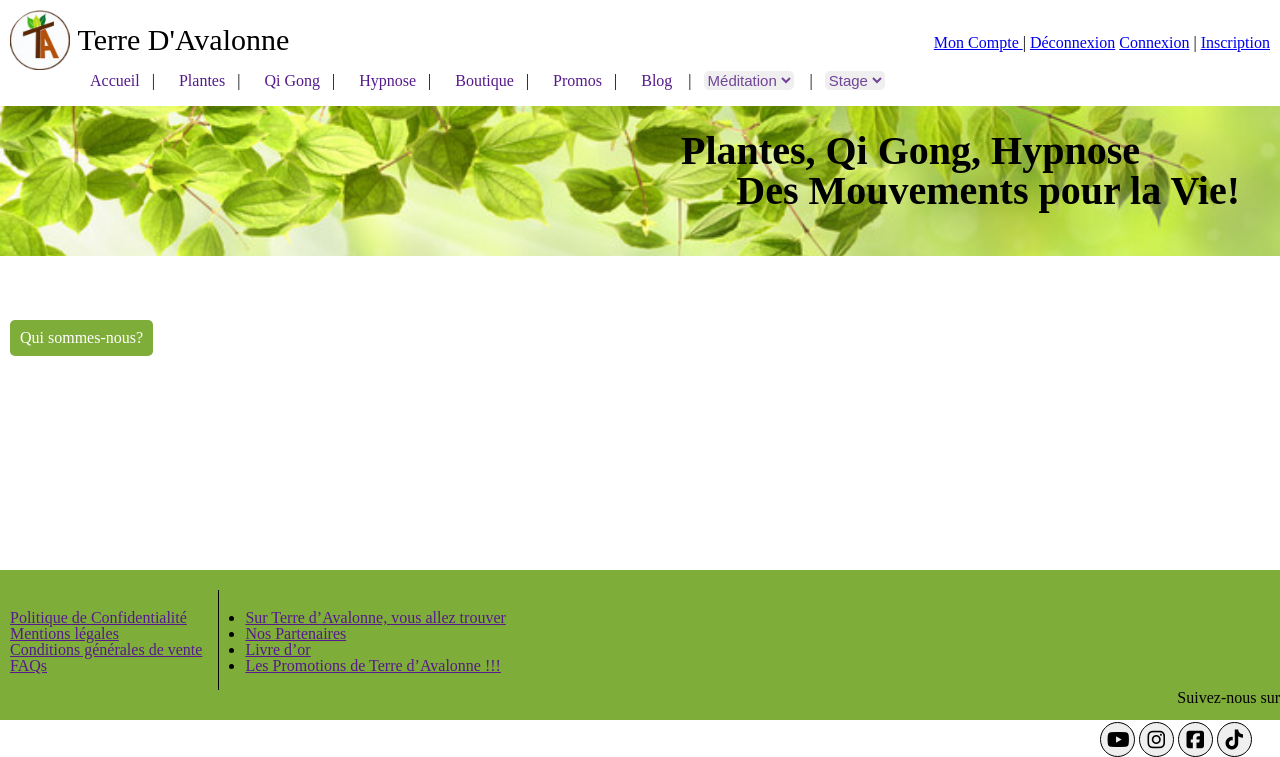
Repository: Michelhof1978/TerreDavalonne
Page: templates/base.html
These files come from the project's save history. The page is drawn as it stood at one moment and after the next save; the edit follows.
The browser window is 1280 px wide. The pictures show the whole page.
Some web fonts or font styles are not loaded; a fallback is used. Some web libraries are served in a nearby version.

Above is the page before, as saved 2022-05-04 15:38:04.

### templates/base.html
<!DOCTYPE html>
<html lang="fr">

<head>
  <meta charset="UTF-8">
  <meta http-equiv="X-UA-Compatible" content="IE=edge">
  <meta name="viewport" content="width=device-width, initial-scale=1.0">
  <title>Newsletter</title>
  <link rel="stylesheet" href="/assets/reset.css" type="text/css">
  <script src="https://kit.fontawesome.com/a9becd4f18.js" crossorigin="anonymous"></script>
  <link rel="preconnect" href="https://fonts.googleapis.com">
  <link rel="preconnect" href="https://fonts.gstatic.com" crossorigin>
  <link
    href="https://fonts.googleapis.com/css2?family=Cairo:wght@500&family=Dancing+Script:wght@600;700&family=Ms+Madi&family=Updock&display=swap"
    rel="stylesheet">
</head>

<body>
  <header>
    <div style="float: left; padding:auto">
      <img class="logoTerreDavalonne" src="/assets/img/logoTerreDavalonne.png" alt="logo terre d'avalonne">
    </div>
    <div style="padding:10px">
      <h1 style="margin-top:15px">&nbspTerre D'Avalonne</h1>
    </div>

    <div class="login">

      <a href="{{path('account')}}">Mon Compte <small> </small></a> | <a href="{{path('app_logout')}}">Déconnexion</a>

      <a href="{{path('app_login')}}">Connexion</a> | <a href="{{path('registrer')}}">Inscription</a>

    </div>
    </div>


    <nav>
      <ul class="nav">
        <li class="nav-item">
          <a class="nav-link" href="">Accueil</a>&nbsp&nbsp&nbsp|
        </li>

        <li class="nav-item">
          <a class="nav-link" href="">Plantes</a>&nbsp&nbsp&nbsp|
        </li>

        <li class="nav-item">
          <a class="nav-link" href="">Qi Gong</a>&nbsp&nbsp&nbsp|
        </li>

        <li class="nav-item">
          <a href="">Hypnose</a>&nbsp&nbsp&nbsp|
        </li>

        <li class="nav-item">
          <a class="nav-link" href="">Boutique</a>&nbsp&nbsp&nbsp|
        </li>

        <li class="nav-item">
          <a class="nav-link" href="">Promos</a>&nbsp&nbsp&nbsp|
        </li>

        <li class="nav-item">
          <a class="nav-link" href="">Blog </a>&nbsp&nbsp&nbsp|&nbsp&nbsp
        </li>

        <select class=form-control>
          <option value=un>Méditation</option>
          <option value=deux>Deux</option>
          <option value=trois>Trois</option>
        </select>
        &nbsp&nbsp&nbsp|&nbsp&nbsp
        <select class=form-control>
          <option value=un>Stage</option>
          <option value=deux>Deux</option>
          <option value=trois>Trois</option>
        </select>
      </ul>

    </nav>




  </header>

  <div class="banniere">
    <div class="btn-banniere">
      <a class="link-banniere" href="">Qui sommes-nous?</a>
    </div>

    <div class="textBaniere ">Plantes, Qi Gong, Hypnose &nbsp&nbsp&nbsp&nbsp&nbsp&nbsp&nbsp&nbsp&nbsp<br>
      Des Mouvements pour la Vie!
    </div>
  </div>


















  <footer>
    <div style="display: flex;">
      <ul class="ulFooter">
        <li>
          <a href="">Politique de Confidentialité</a>
        </li>
        <li>
          <a href="">Mentions légales</a>
        </li>
        <li class>
          <a href="">Conditions générales de vente</a>
        </li>
        <li class>
          <a href="">FAQs</a>
        </li>
      </ul>
      <div class="footer-separator"></div>
      <ul class="ulFooter">
        <li>
          <a href="">Sur Terre d’Avalonne, vous allez trouver</a>
        </li>
        <li>
          <a href="">Nos Partenaires</a>
        </li>
        <li class>
          <a href="">Livre d’or</a>
        </li>
        <li class>
          <a href="">Les Promotions de Terre d’Avalonne !!!</a>
        </li>
      </ul>
    </div>

    <div class="reseaux">
      <p class="suivez-nous">Suivez-nous sur</p>
      <div class="reseauButton">
        <button class="reseaux1"><a href="https://www.youtube.com/results?search_query=terre+d%27avalonne" <i
            class="fa-brands fa-youtube" style="font-size:20px;text-decoration:none;color:black;"></i></a></button>
        <button class="reseaux2"><a href="https://www.instagram.com/terredavalonne/" <i class="fa fa-instagram"
            style="font-size:20px;text-decoration:none;color:black;"></i></a></button>
        <button class="reseaux3"><a href="https://www.facebook.com/Avalonne.naturopathe.lyon/" <i
            class="fa-brands fa-facebook-square"
            style="font-size:20px;text-decoration:none;color:black;"></i></a></button>
        <button class="reseaux4"><a href="https://www.tiktok.com/@terre_d_avalonne" <i class="fa-brands fa-tiktok"
            style="font-size:20px;text-decoration:none;color:black;"></i></a></button>

      </div>

  </footer>



</body>

<style>
  .logoTerreDavalonne {
    width: 60px;
    height: 60px;
    margin-left: 10px;
    margin-top: 10px;
  }

  h1 {
    font-size: 30px;
    margin: auto;
  }

  .login {
    text-align: end;
    color: black;
    text-decoration: none;
    margin-right: 10px;
    margin-top: -30px;
  }

  ul {
    padding-top: 20px;
    font-size: 1rem;

  }

  .nav-item {
    display: inline;
    padding-left: 20px;

  }

  nav a {
    text-decoration: none;
  }


  nav a:hover {
    color: #0d3d9e;
  }

  .form-control {
    border-radius: 5px;
    border: 0px solid;
    font-size: 15px;
    color: rgba(89, 37, 135, 0.845);
  }

  .banniere {
    background-image: url("/assets/img/BanniereProvisoir.jpg");
    background-size: 100%;
    height: 150px;

  }

  .textBaniere {
    ;
    padding-right: 40px;
    font-size: 40px;
    text-align: right;
    padding-top: 25px;
    font-weight: 600;
    font-family: 'Cairo', sans-serif;
    font-family: 'Dancing Script', cursive;
    font-family: 'Ms Madi', cursive;
    font-family: 'Updock', cursive;

  }

  .link-banniere{
    text-decoration: none;
    color: white;
  }

  .btn-banniere {

    background-color: #7FAD39;
    padding: 10px;
    border-radius: 5px;
    cursor: pointer;
    position: absolute;
    top: 43%;
    margin: 10px;
    text-decoration: none;
    color: white;

  }

  .btn-banniere:hover {
    background-color: #99f80a;
  }


  .reseauButton {
    padding-right: 28px;
  }

  footer {
    position: absolute;
    bottom: 0;
    width: 100%;
    height: 130px;
    background-color: #7FAD39;
    padding-top: 20px;
  }

  .ulFooter {
    text-align: left;
    padding-left: 10px;
  }

  .footer-separator {
    width: 1px;
    margin-left: 16px;
    margin-right: 16px;
    background-color: #000;
  }

  .reseaux {
    text-align: end;
  }

  .reseaux1,
  .reseaux2,
  .reseaux3,
  .reseaux4 {
    height: 35px;
    width: 35px;
    border-radius: 50%;
    border: 1px solid #000;
    text-align: end;
    padding-right: 8px;
  }

  .reseaux1:hover {

    background-color: rgba(224, 107, 107, 0.919);
  }

  .reseaux2:hover {
    background-color: rgba(168, 73, 168, 0.848);
  }

  .reseaux3:hover {
    background-color: rgba(63, 162, 189, 0.554);
  }

  .reseaux4:hover {
    background-color: rgb(230, 157, 12);
  }
</style>

</html>

### assets/reset.css

  html,
  body,
  div,
  span,
  applet,
  object,
  iframe,
  h1,
  h2,
  h3,
  h4,
  h5,
  h6,
  p,
  blockquote,
  pre,
  a,
  abbr,
  acronym,
  address,
  big,
  cite,
  code,
  del,
  dfn,
  em,
  img,
  ins,
  kbd,
  q,
  s,
  samp,
  small,
  strike,
  strong,
  sub,
  sup,
  tt,
  var,
  b,
  u,
  i,
  center,
  dl,
  dt,
  dd,
  ol,
  ul,
  li,
  fieldset,
  form,
  label,
  legend,
  table,
  caption,
  tbody,
  tfoot,
  thead,
  tr,
  th,
  td,
  article,
  aside,
  canvas,
  details,
  embed,
  figure,
  figcaption,
  footer,
  header,
  hgroup,
  menu,
  nav,
  output,
  ruby,
  section,
  summary,
  time,
  mark,
  audio,
  video {
    margin-left: 0;
    margin-right: 0;
    margin-top: 0;
    padding: 0;
    border: 0;
    font-size: 100%;
    font: inherit;
    vertical-align: baseline;
  }

  /* HTML5 display-role reset for older browsers */
  article,
  aside,
  details,
  figcaption,
  figure,
  footer,
  header,
  hgroup,
  menu,
  nav,
  section {
    display: block;
  }

  body {
    line-height: 1;
  }

After the next save:
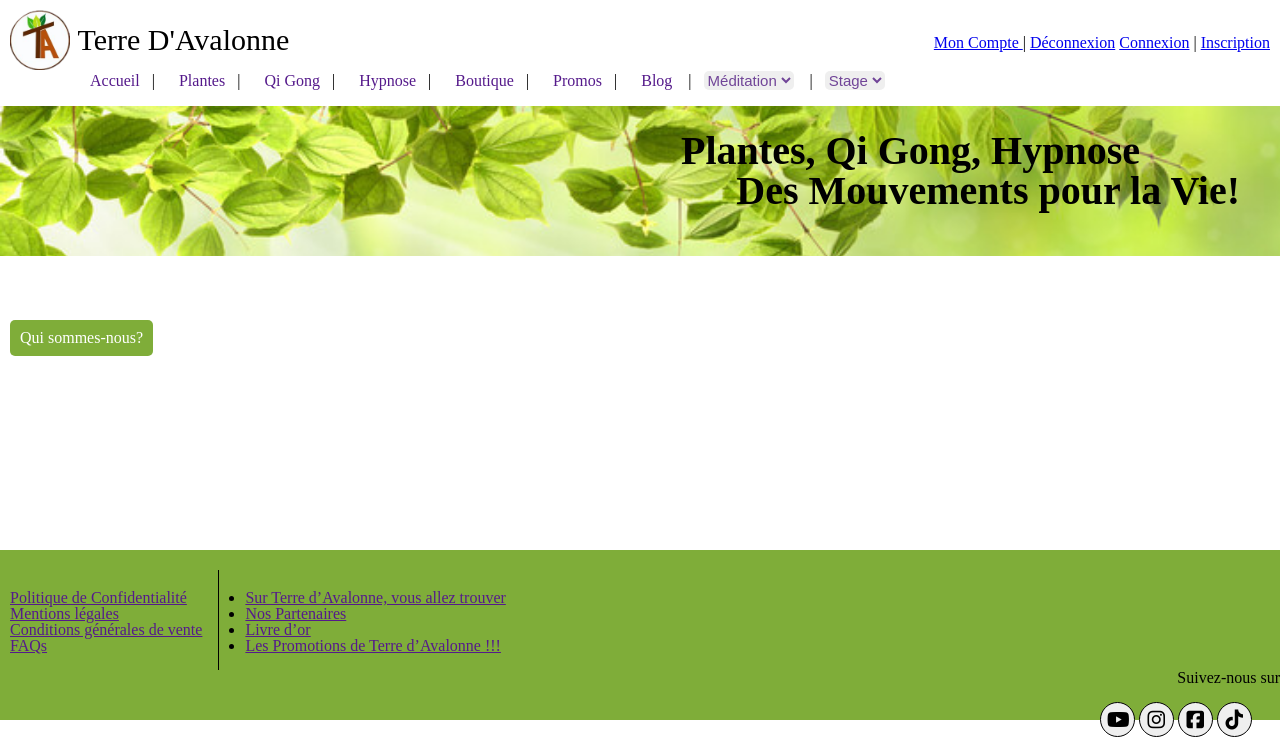
Saved 10 s later.
--- a/templates/base.html
+++ b/templates/base.html
@@ -267,7 +267,7 @@
     position: absolute;
     bottom: 0;
     width: 100%;
-    height: 130px;
+    height: 150px;
     background-color: #7FAD39;
     padding-top: 20px;
   }
